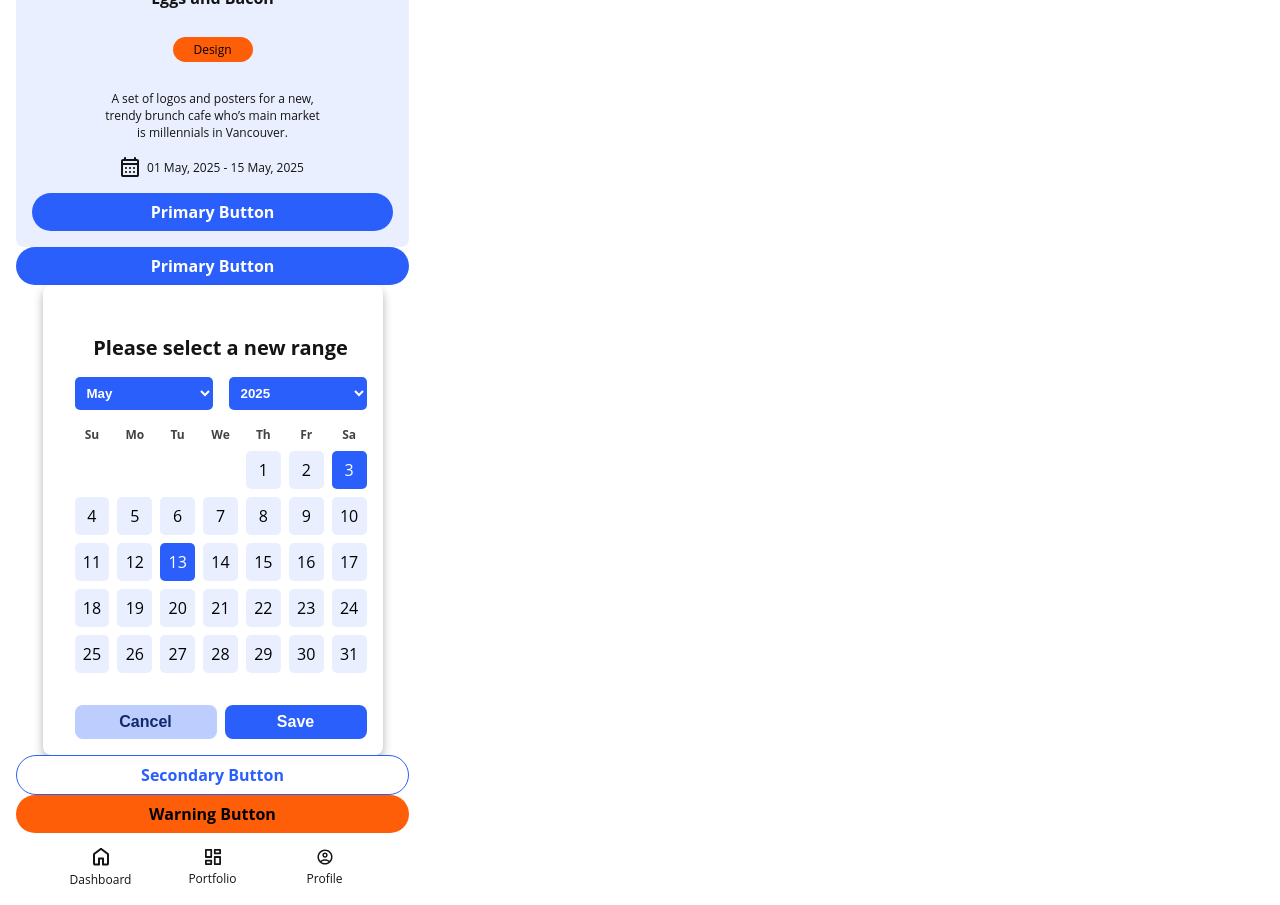
Repository: brunaguarizo/mosaic_app
Page: /
These files come from the project's save history. The page is drawn as it stood at one moment and after the next save; the edit follows.
The browser window is 1280 px wide. The pictures show the whole page.
The project was rebuilt for these pictures with package versions that can differ from the ones it lists, and the page was loaded fresh each time. The framework's server and built-in components were replaced by stand-ins that run in the browser. Also part of the build but not shown: next.config.mjs.

Above is the page before, as saved 2025-04-18 10:51:43.

After the next save:
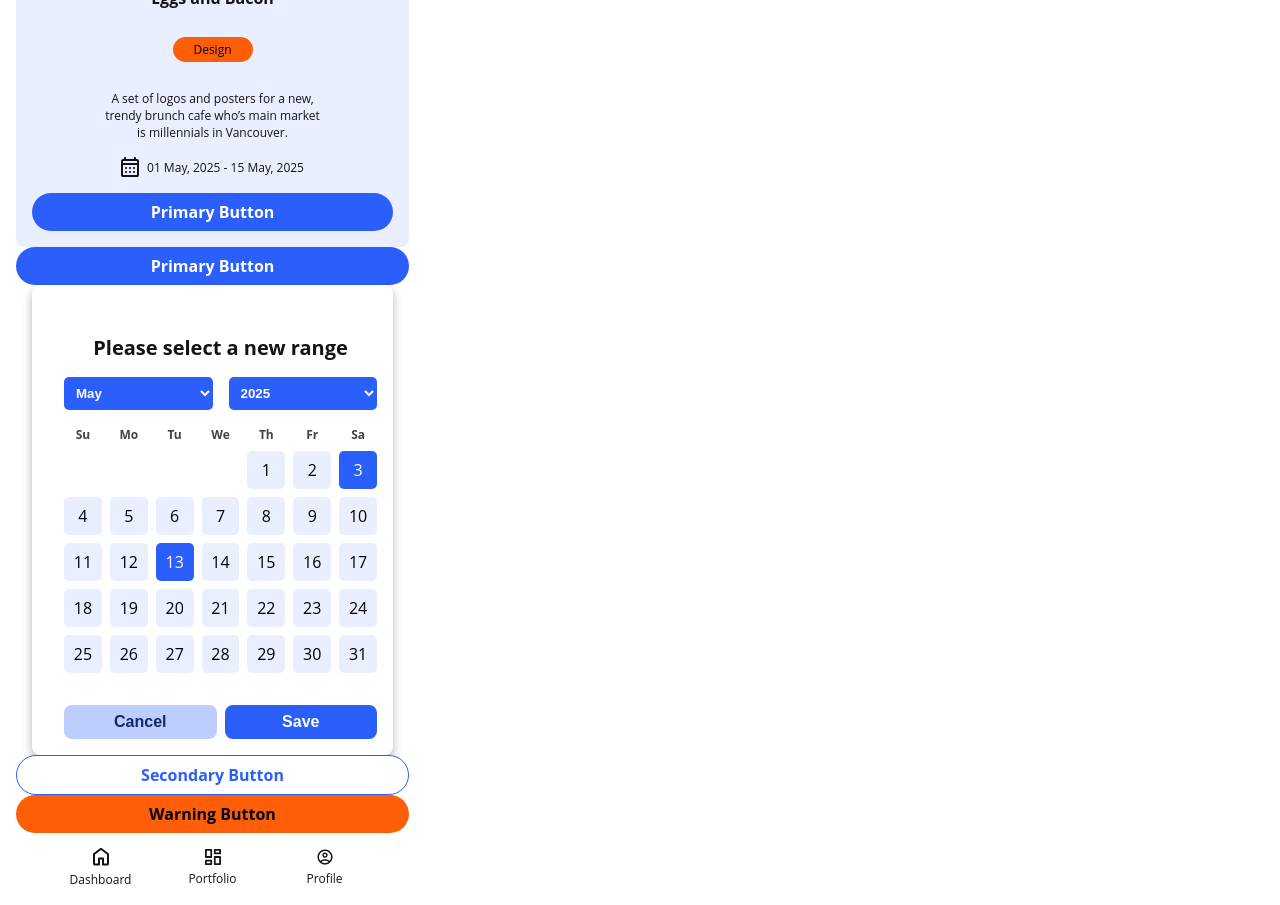
Saved 12 s later.
--- a/app/_ui/Date_PopUp/Date_PopUp.module.css
+++ b/app/_ui/Date_PopUp/Date_PopUp.module.css
@@ -11,7 +11,7 @@
     border-radius: var(--space-small);
     box-shadow: 0 5px 10px rgba(0, 0, 0, 0.3);
     font-family: var(--font-family);
-    width: 340px;
+    width: 361px;
 }
 
 .title {
